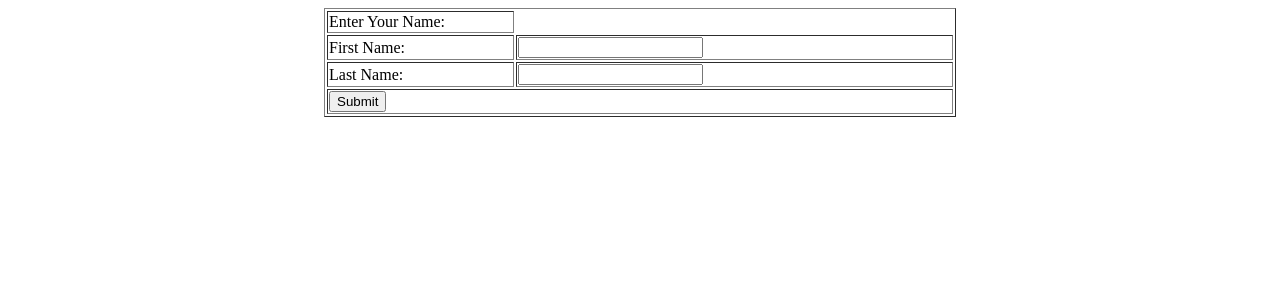
Repository: mayankk2202/Phase-2
Page: DemoServlet/src/main/webapp/Form.html
An editor plug-in stored every save of this project. The page is shown before and after the next save, followed by the edit.
The browser window is 1280 px wide. The pictures show the whole page.

Above is the page before, as saved 2021-06-27 12:55:08.

### DemoServlet/src/main/webapp/Form.html
<!DOCTYPE html>
<html>
<head>
<meta charset="ISO-8859-1">
<title>Form</title>
</head>
<body>
<center>
<form name=frmName method="POST" action="process">
<table width="50%" border="1" >
<tr vallign="top">
<td width="30%">Enter Your Name: </td>
</tr>
<tr>
<td width="20%">First Name: </td>
<td><input firstname="fname" id="fname" maxlength=100></td>
</tr>
<tr>
<td width="20%">Last Name: </td>
<td><input lastname="lname" id="lname" maxlength=100></td>
</tr>
<tr valign="top">
<td colspan = 2 width = "100%">
<button>Submit</button></td>
</tr>
</table>
</form>
</center>
</body>
</html>

After the next save:
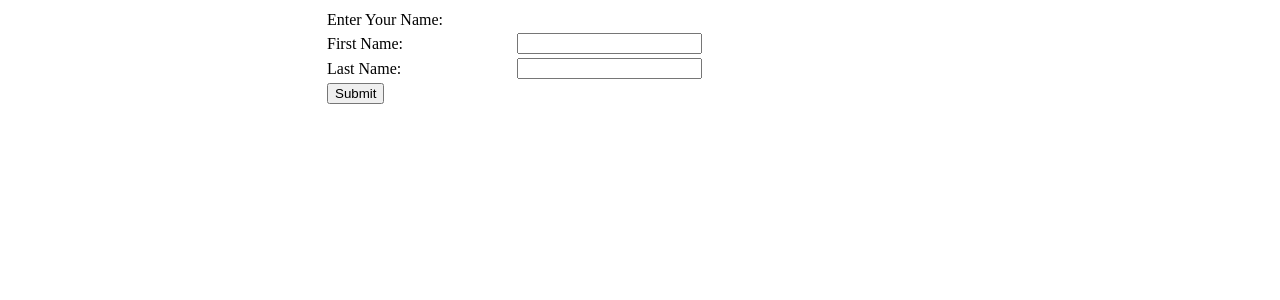
Saved 19 s later.
--- a/DemoServlet/src/main/webapp/Form.html
+++ b/DemoServlet/src/main/webapp/Form.html
@@ -7,7 +7,7 @@
 <body>
 <center>
 <form name=frmName method="POST" action="process">
-<table width="50%" border="1" >
+<table width="50%" border="0" >
 <tr vallign="top">
 <td width="30%">Enter Your Name: </td>
 </tr>
